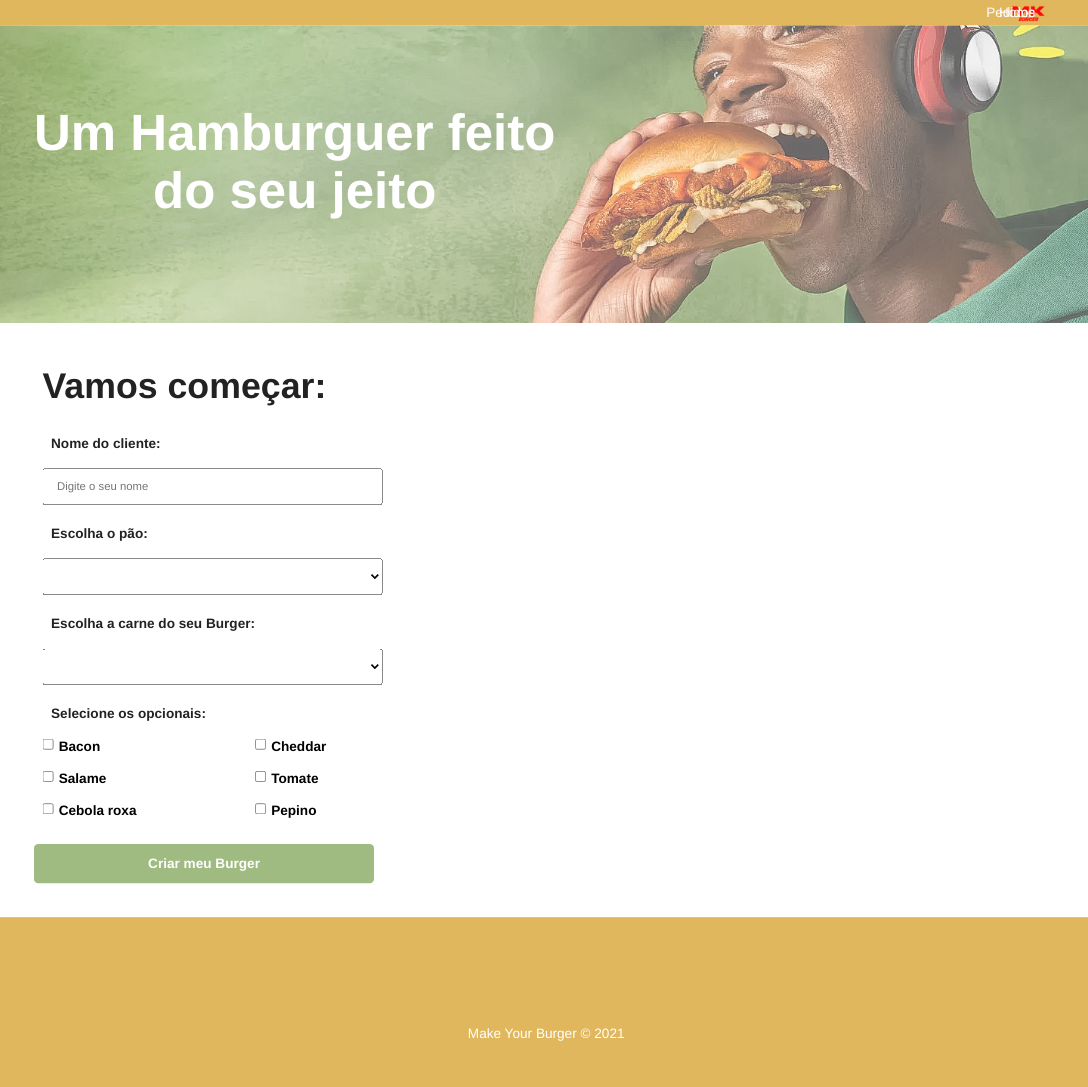
Repository: MarcoantonioCaldeira/Sistema-para-Hamburgueria
Page: /
An editor plug-in stored every save of this project. The page is shown before and after the next save, followed by the edit.
The browser window is 1280 px wide. The pictures show the whole page, at 85% of full size.
The project was rebuilt for these pictures with package versions that can differ from the ones it lists, and the page was loaded fresh each time. Requests to the local data server were answered from the project's data file. Also part of the build but not shown: vue.config.js.

Above is the page before, as saved 2022-11-02 17:34:37.

### src/App.vue
<template>
  <div>
    <Navbar :logo="logo_src" :alt="app_name"/>
    <div>
      <router-view></router-view>
    </div>
    <Footer />
  </div>
</template>

<script>
 import Navbar from './components/Navbar.vue';
 import Footer from './components/Footer.vue';

export default {
  data: function() {
    return{
      logo_src: "/img/logo.png",
      app_name: "Make Your Burger"
    }
  },
  components: {
    Navbar,
    Footer
  }
}
</script>

<style>
  * {
    font-family: Helvetica;
    padding: 0;
    margin: 0;
    box-sizing: border-box;
  }
  .main-container {
    margin: 50px;
    min-height: 250px;
  }
  h1 {
    font-size: 42px;
    margin-bottom: 30px;
    color: #222;
  }
</style>

### src/router/index.js
import { createRouter, createWebHistory } from 'vue-router'
import HomeView from '../views/Home.vue'

const routes = [
  {
    path: '/',
    name: 'home',
    component: HomeView
  },
  {
    path: '/pedidos',
    name: 'Pedidos',
    component: () => import(/* webpackChunkName: "pedidos" */ '../views/Pedidos.vue')
  }
]

const router = createRouter({
  history: createWebHistory(process.env.BASE_URL),
  routes
})

export default router

### src/components/Navbar.vue
<template>
    <div id="nav">
        <router-link to="/" id="logo-url">
            <img :src="logo" :alt="alt" id="logo">
        </router-link>
        <router-link to="/">Home</router-link>
        <router-link to="/pedidos">Pedidos</router-link>
    </div>
</template>

    <script>
    export default {
     name: 'Navbar',
     props: ["logo", "alt"]
    }
    </script>

    <style>
    #nav{
        background-color: rgb(224, 183, 92);
        padding: 15px 50px;
        display: flex;
        justify-content: flex-end;
        align-items: center;
      }

      #nav #logo-url{
        margin: auto;
        margin-left: 0;
      }

      #logo{
        width: 40px;
        height: 40px;
      }

      #nav a{
        color: #fffbfb;
        text-decoration:none;
        margin:12px;
        transition: .5s;
      }

      #nav a:hover{
        color:#fff;
      }
    </style>

### src/components/Footer/Footer.vue
<template>
    <div id="footer">
      <p>Make Your Burger &copy; 2021</p>
      <div id="Footer-info">
        <a>Quem somos</a>
        <a>Nossos Termos</a>
        <a>Entre em contato conosco</a>
      </div>
    </div>
  </template>

  <script>
  export default {
    name: "Footer"
  }
  </script>

  <style src="./style.scss"  lang="scss">

  </style>

### src/views/Home.vue
<template>
  <Banner />
  <div class="main-container">
    <h1>Vamos começar:</h1>
    <BurgerForm />
  </div>
</template>

<script>
import Banner from "../components/Banner.vue"
import BurgerForm from "../components/BurgerForm.vue"

export default{
  name: "Home",
  components: {
    Banner,
    BurgerForm
  }
}
</script>

### src/components/Footer/style.scss

p{
    position:absolute;
    margin-left: 43%;
    margin-top: 10%;
    display: inline;
  }

  a{
    position: absolute;
    margin-top: 10%;
    margin: 0 10px;
  }

  #Footer-info{
    height: 40px;
    margin-left: -53%;
  }

  #footer {
    height: 200px;
    background-color: rgb(224, 183, 92);
    color: #ffffff;
    bottom: 0;
    width: 100%;
  }

### src/components/Banner.vue
<template>
   <div id="main-banner">
    <h1>Um Hamburguer feito <br> do seu jeito</h1>
   </div>
</template>
<script>

export default{
    name: 'Banner'
}

</script>
<style>

#main-banner{
    background-image: url('/public/img/burger.jpg');
    background-position: 0 -250px;
    background-size: cover;
    height: 350px;
    display: flex;
    align-items: center;
    justify-content: flex-start;
}

#main-banner h1{
    color: #fff;
    text-align: center;
    font-size: 60px;
    padding: 20px 40px;
}
</style>

### src/components/BurgerForm.vue
<template>
    <Message :msg="msg" v-show="msg" />
    <div>
      <form id="burger-form" method="POST" @submit="createBurger">
        <div class="input-container">
          <label for="nome">Nome do cliente:</label>
          <input type="text" id="nome" name="nome" v-model="nome" placeholder="Digite o seu nome" required>
        </div>
        <div class="input-container">
          <label for="pao">Escolha o pão:</label>
          <select name="pao" id="pao" v-model="pao">
            <option value="">Selecione o seu pão</option>
            <option v-for="pao in paes" :key="pao.id" value="pao.tipo">{{ pao.tipo }}</option>
          </select>
        </div>
        <div class="input-container">
          <label for="carne">Escolha a carne do seu Burger:</label>
          <select name="carne" id="carne" v-model="carne">
            <option value="">Selecione o tipo de carne</option>
            <option v-for="carne in carnes" :key="carne.id" value="carne.tipo">{{ carne.tipo }}</option>
          </select>
        </div>
        <div id="opcionais-container" class="input-container">
          <label id="opcionais-title" for="opcionais">Selecione os opcionais:</label>
          <div class="checkbox-container" v-for="opcional in opcionaisdata" :key="opcional.id">
            <input type="checkbox" name="opcionais" v-model="opcionais" :value="opcional.tipo">
            <span>{{ opcional.tipo }}</span>
          </div>
        </div>
        <div class="input-container">
          <input class="submit-btn" type="submit" value="Criar meu Burger">
        </div>
      </form>
    </div>
  </template>

  <script>
  import Message from './Message'
  export default {
    name: "BurgerForm",
    data() {
      return {
        paes: null,
        carnes: null,
        opcionaisdata: null,
        nome: null,
        pao: null,
        carne: null,
        opcionais: [],
        status: "Solicitado",
        msg: null
      }
    },
    methods: {
      async getIngredientes() {
        const req = await fetch('http://localhost:3000/ingredientes');
        const data = await req.json();

        this.paes = data.paes;
        this.carnes = data.carnes;
        this.opcionaisdata = data.opcionais;
      },
      async createBurger(e) {

        e.preventDefault();

        const data = {
          nome: this.nome,
          carne: this.carne,
          pao: this.pao,
          opcionais: Array.from(this.opcionais),
          status: "Solicitado"
        }

        const dataJson = JSON.stringify(data);

        const req = await fetch('http://localhost:3000/burgers', {
          method: "POST",
          headers: { "Content-Type" : "application/json" },
          body: dataJson
        });
        const res = await req.json()
        console.log(res)
        this.msg = "Pedido realizado com sucesso!"
        // clear message
        setTimeout(() => this.msg = "", 3000)
        // limpar campos
        this.nome = ""
        this.carne = ""
        this.pao = ""
        this.opcionais = []

      }
    },
    mounted () {
      this.getIngredientes()
    },
    components: {
      Message
    }
  }
  </script>

  <style scoped>
  #burger-form {
    max-width: 500px;
  }
  .input-container {
    display: flex;
    flex-direction: column;
    margin-bottom: 20px;
  }
  label {
    font-weight: bold;
    margin-bottom: 15px;
    color: #222;;
    padding: 5px 10px;
  }
  input, select {
    padding: 12px 15px;
    width: 400px;
  }
  #opcionais-container {
    flex-direction: row;
    flex-wrap: wrap;
  }
  #opcionais-title {
    width: 100%;
  }
  .checkbox-container {
    display: flex;
    align-items: flex-start;
    width: 50%;
    margin-bottom: 20px;
  }
  .checkbox-container span,
  .checkbox-container input {
    width: auto;
  }
  .checkbox-container span {
    margin-left: 6px;
    font-weight: bold;
  }
  .submit-btn {
    background-color:#a0bb82;
    border-radius: 5px;
    color:white;
    font-weight: bold;
    border: 2px solid #a0bb82;
    padding: 15 15px;
    font-size: 16px;
    margin: -2%;
    cursor: pointer;
    transition: .5s;
  }
  .submit-btn:hover {
    background-color: transparent;
    color: #222;
  }
</style>

### src/components/Message.vue
<template>
    <div class="message-container">
        <p>{{ msg }}</p>
    </div>
</template>

<script>
export default {
    name: "Message",
    props: {
        msg: String
    }
}
</script>

<style>

.message-container{
    color: #004085;
    background-color: #deeeff;
    border: 2px solid #deeeff;
    border-radius: 5px;
    padding: 10px;
    max-width: 400px;
    margin: 30px auto;
}
</style>

### db/db.json
{
  "ingredientes": {
    "paes": [
      {
        "id": 1,
        "tipo": "Italiano Branco"
      },
      {
        "id": 2,
        "tipo": "3 Queijos"
      },
      {
        "id": 3,
        "tipo": "Parmesão e Orégano"
      },
      {
        "id": 4,
        "tipo": "Integral"
      }
    ],
    "carnes": [
      {
        "id": 1,
        "tipo": "Maminha"
      },
      {
        "id": 2,
        "tipo": "Alcatra"
      },
      {
        "id": 3,
        "tipo": "Picanha"
      },
      {
        "id": 4,
        "tipo": "Veggie burger"
      }
    ],
    "molhos-opcionais": [
      {
        "id": 1,
        "tipo": "Tomate"
      },
      {
        "id": 2,
        "tipo": "Creme de Alho"
      },
      {
        "id": 3,
        "tipo": "Vinagre com tomate"
      },
      {
        "id": 4,
        "tipo": "Pimenta mexicana"
      }
    ],
    "opcionais": [
      {
        "id": 1,
        "tipo": "Bacon"
      },
      {
        "id": 2,
        "tipo": "Cheddar"
      },
      {
        "id": 3,
        "tipo": "Salame"
      },
      {
        "id": 4,
        "tipo": "Tomate"
      },
      {
        "id": 4,
        "tipo": "Cebola roxa"
      },
      {
        "id": 4,
        "tipo": "Pepino"
      }
    ]
  },
  "status": [
    {
      "id": 1,
      "tipo": "Solicitado"
    },
    {
      "id": 2,
      "tipo": "Em produção"
    },
    {
      "id": 3,
      "tipo": "Finalizado"
    }
  ],
  "burgers": [
    {
      "nome": "Marco ",
      "carne": "carne.tipo",
      "pao": "pao.tipo",
      "opcionais": [
        "Tomate",
        "Bacon",
        "Salame"
      ],
      "status": "Solicitado",
      "id": 1
    }
  ]
}

Loaded but not shown: public/index.html (common file); src/main.js (common file)

After the next save:
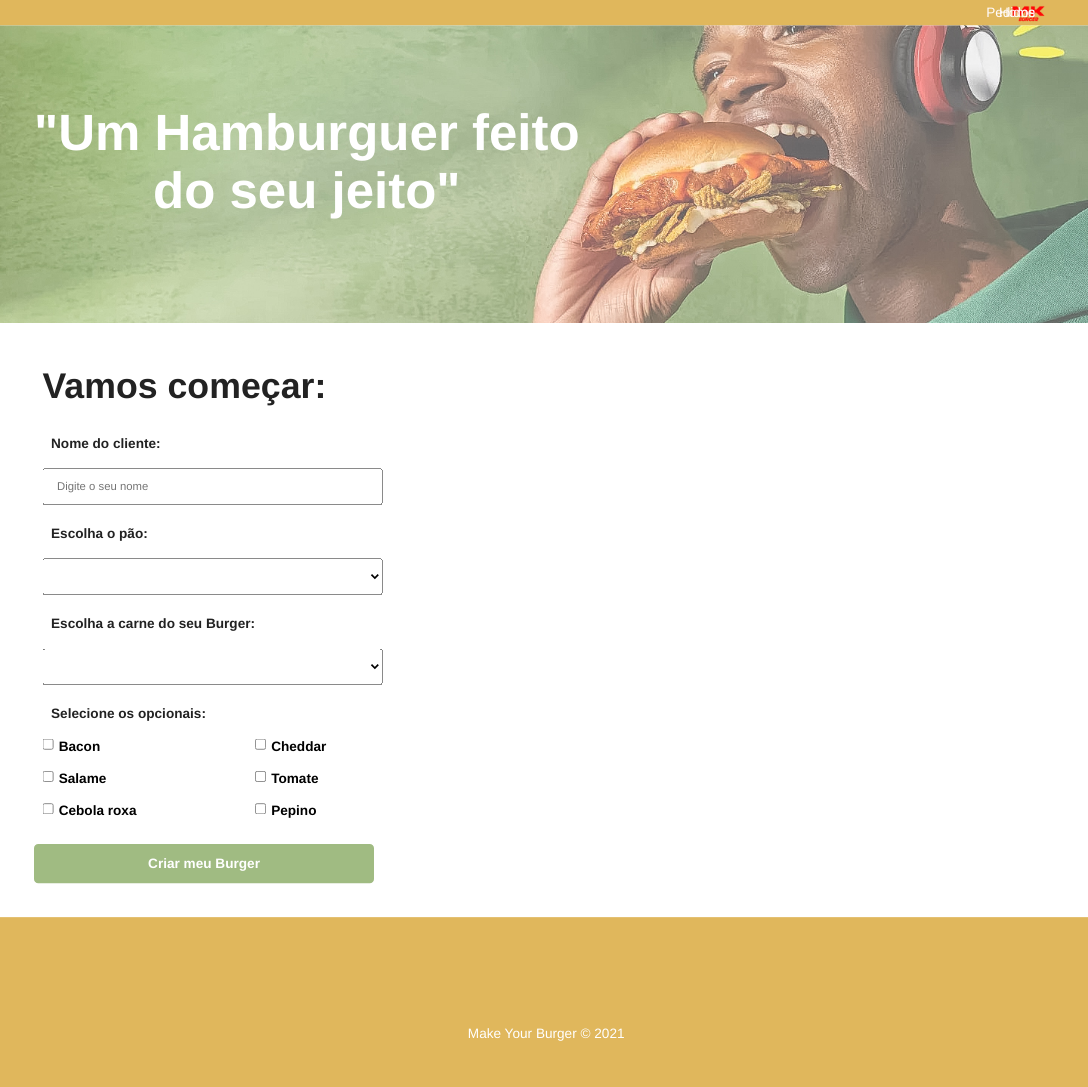
Saved 16 min 9 s later.
--- a/src/components/Banner.vue
+++ b/src/components/Banner.vue
@@ -1,6 +1,6 @@
 <template>
    <div id="main-banner">
-    <h1>Um Hamburguer feito <br> do seu jeito</h1>
+    <h1>"Um Hamburguer feito <br> do seu jeito"</h1>
    </div>
 </template>
 <script>
